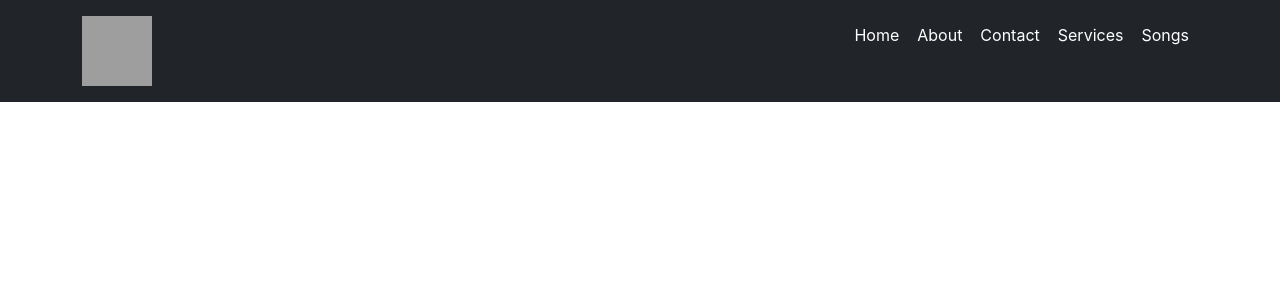
Repository: stephenkayade/cephas-musical
Page: / (app in cephas-musical/)
The author's editor kept a copy of each file at every save. The page is drawn from the files as they stood at one save, then again after a run of saves.
The browser window is 1280 px wide. The pictures show the whole page.
Pictures or frames that could not be fetched are drawn as grey boxes. The project was rebuilt for these pictures with package versions that can differ from the ones it lists, and the page was loaded fresh each time. A package was used in the major version that the imports need, not the one package.json lists. Also part of the build but not shown: cephas-musical/src/components/Master.jsx.

Above is the page before, as saved 2021-03-09 04:51:24.

After the next 3 saves:
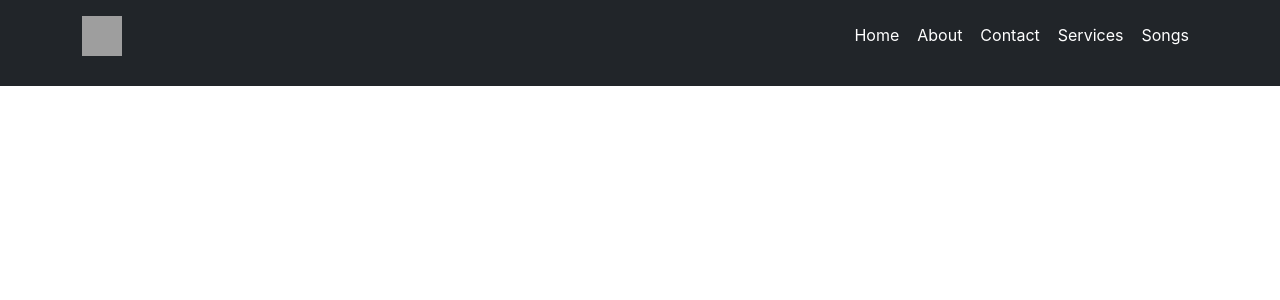
The 3 saves are shown as one change because they came seconds apart.
The last was saved 6 min 56 s later.
--- a/cephas-musical/public/css/custom.css
+++ b/cephas-musical/public/css/custom.css
@@ -3,7 +3,7 @@
 }
 
 .logo-img {
-    height: 70px;
-    width: 70px;
-    image-rendering: 70px;
+    height: 40px;
+    width: 40px;
+    image-rendering: 40px;
 }
